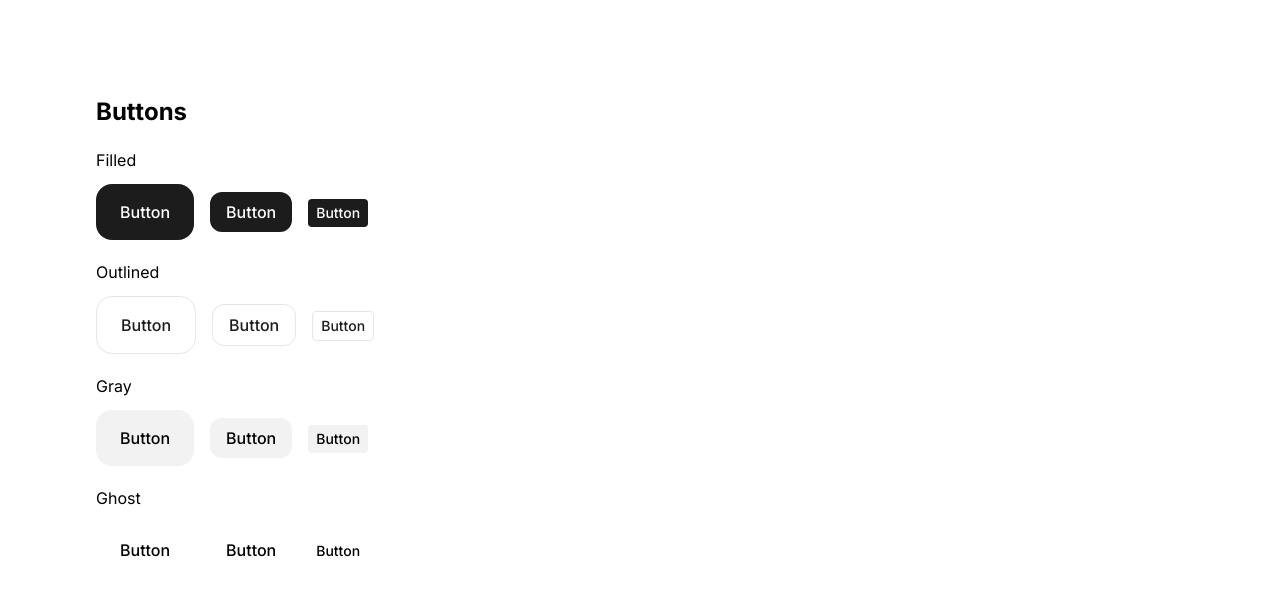
Repository: ggonzaga29/polarized-dashboard
Page: /
These files come from the project's save history. The page is drawn as it stood at one moment and after a run of saves; the edit follows.
The browser window is 1280 px wide. The pictures show the whole page.
The project was rebuilt for these pictures with package versions that can differ from the ones it lists, and the page was loaded fresh each time. The framework's server and built-in components were replaced by stand-ins that run in the browser. Also part of the build but not shown: next.config.js.

Above is the page before, as saved 2023-08-04 00:23:39.

After the next 2 saves:
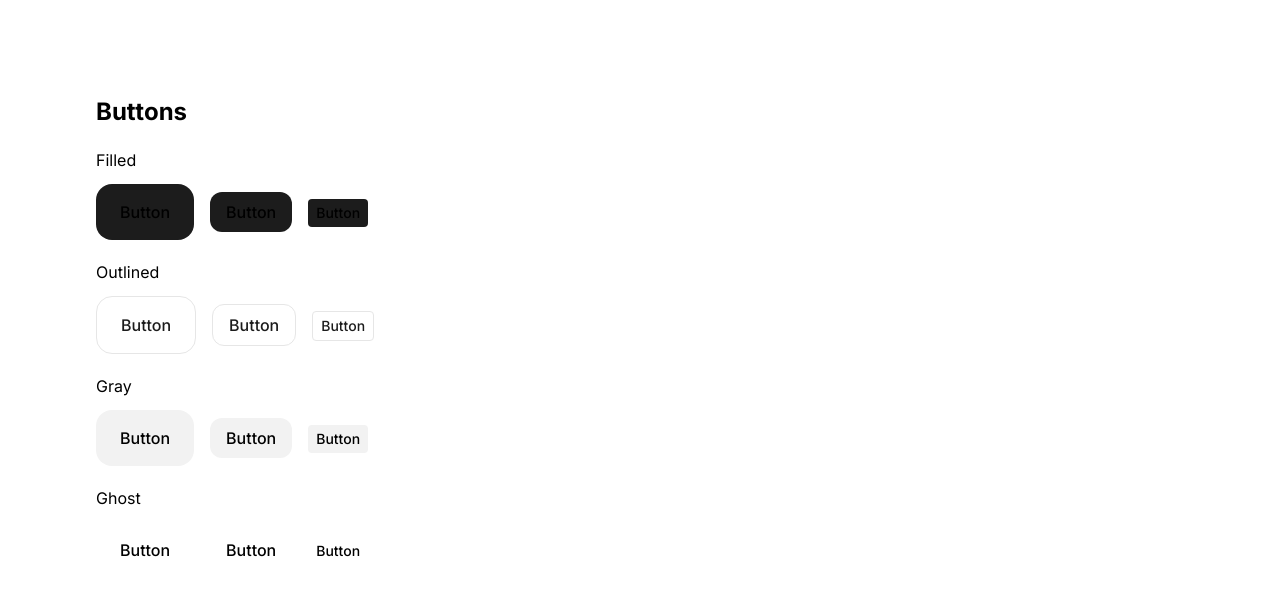
The 2 saves are shown as one change because 1 did not build or start.
The last was saved 48 s later.
--- a/tailwind.config.js
+++ b/tailwind.config.js
@@ -36,6 +36,15 @@ module.exports = {
 					20: "var(--black-20)",
 					10: "var(--black-10)",
 					5: "var(--black-5)",
+				},
+
+				white: {
+					100: "var(--white-100)",
+					80: "var(--white-80)",
+					40: "var(--white-40)",
+					20: "var(--white-20)",
+					10: "var(--white-10)",
+					5: "var(--white-5)",
 				},
 
 				primary: {

After the save that followed:
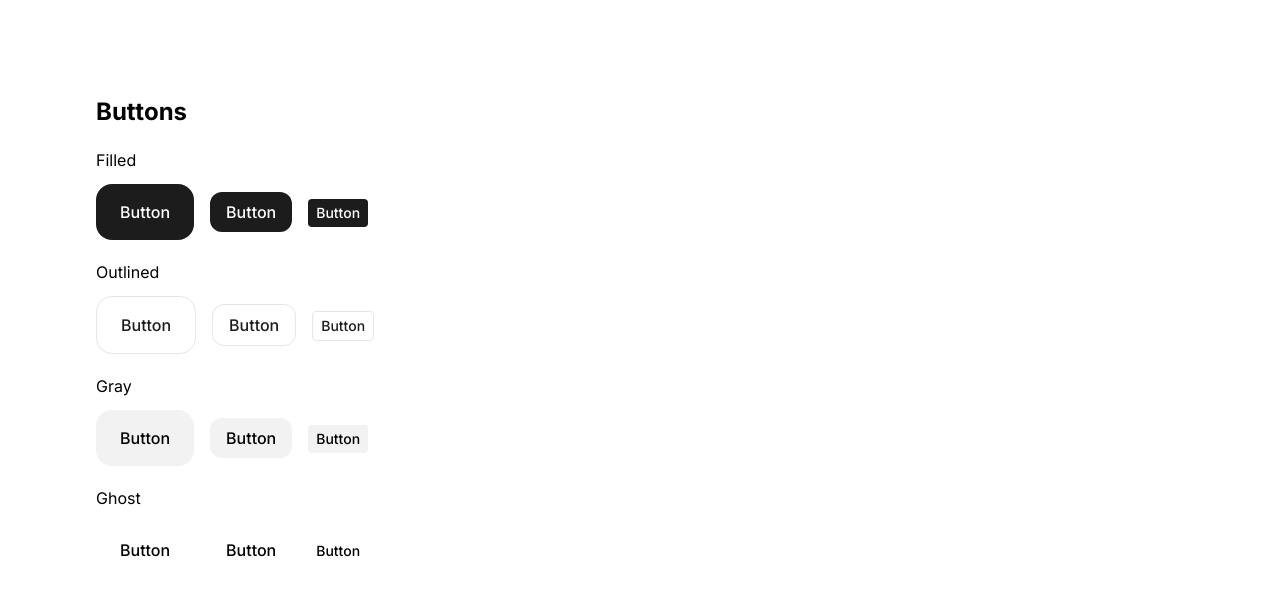
Saved 2 min 8 s later.
--- a/src/components/ui/button.jsx
+++ b/src/components/ui/button.jsx
@@ -9,7 +9,7 @@ const button = cva(
   {
     variants: {
       variant: {
-        filled: ['bg-primary-brand', 'text-white', "hover:bg-white-20"],
+        filled: ['bg-primary-brand', 'text-white-100', "hover:bg-white-20"],
 				outlined: ['border border-black-10', 'text-[#1C1C1C]', 'hover:border-black-80'],
 				gray: ['bg-black-5', 'text-black', 'hover:bg-black-10'],
 				ghost: ['text-black'	],
